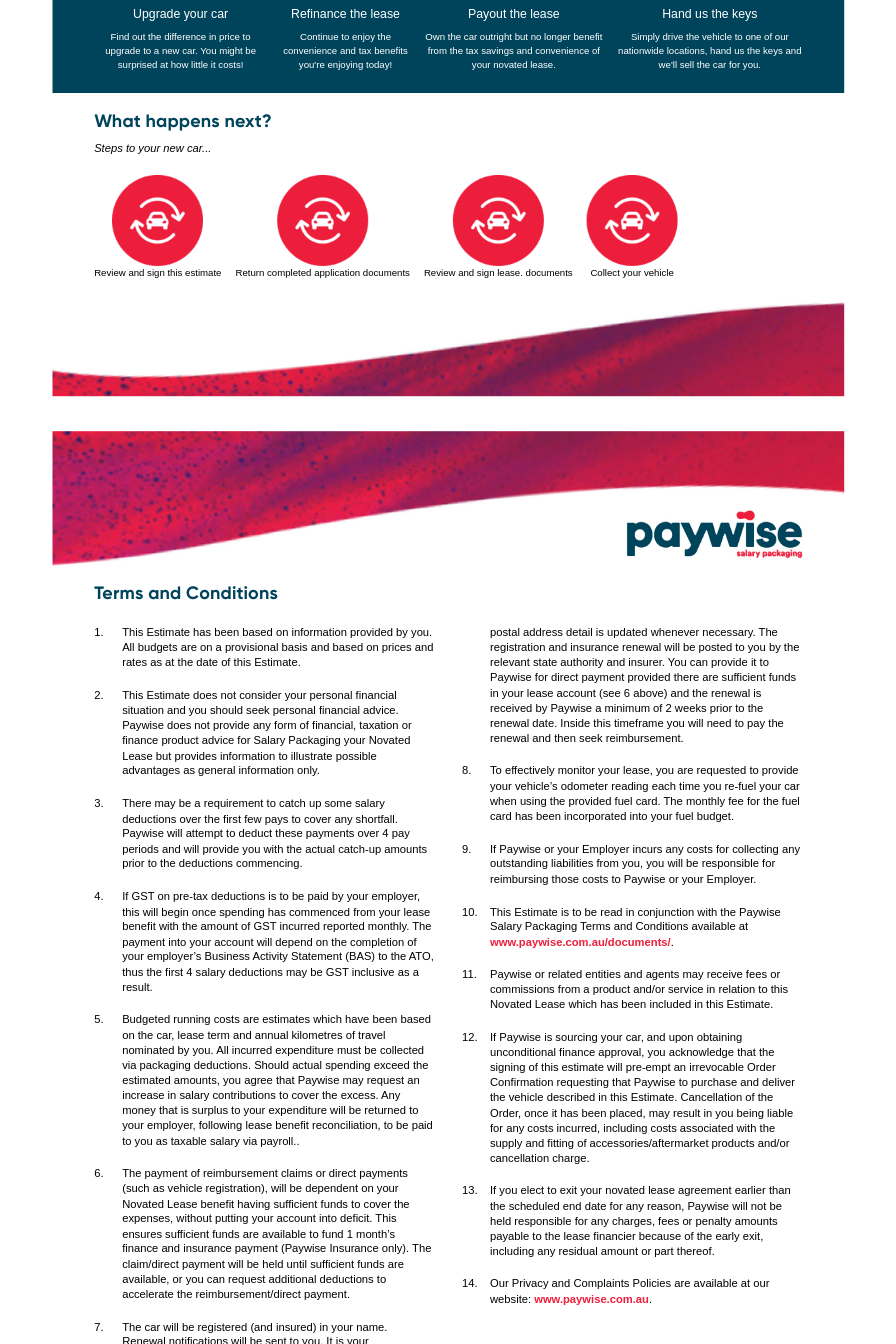
Repository: hoangtubest/novated-phong
Page: index.html
The author's editor kept a copy of each file at every save. The page is drawn from the files as they stood at one save, then again after the next save.
The browser window is 1280 px wide. The pictures show the part of the page from y = 4210 to 6130 px (the page is 6587 px tall before and 6638 px after), at 70% of full size.
The style sheet was rebuilt from its Sass, Less or Tailwind sources for each picture, by a compiler version that may differ from the author's.

Above is the page before, as saved 2023-10-19 11:55:02.

After the next save:
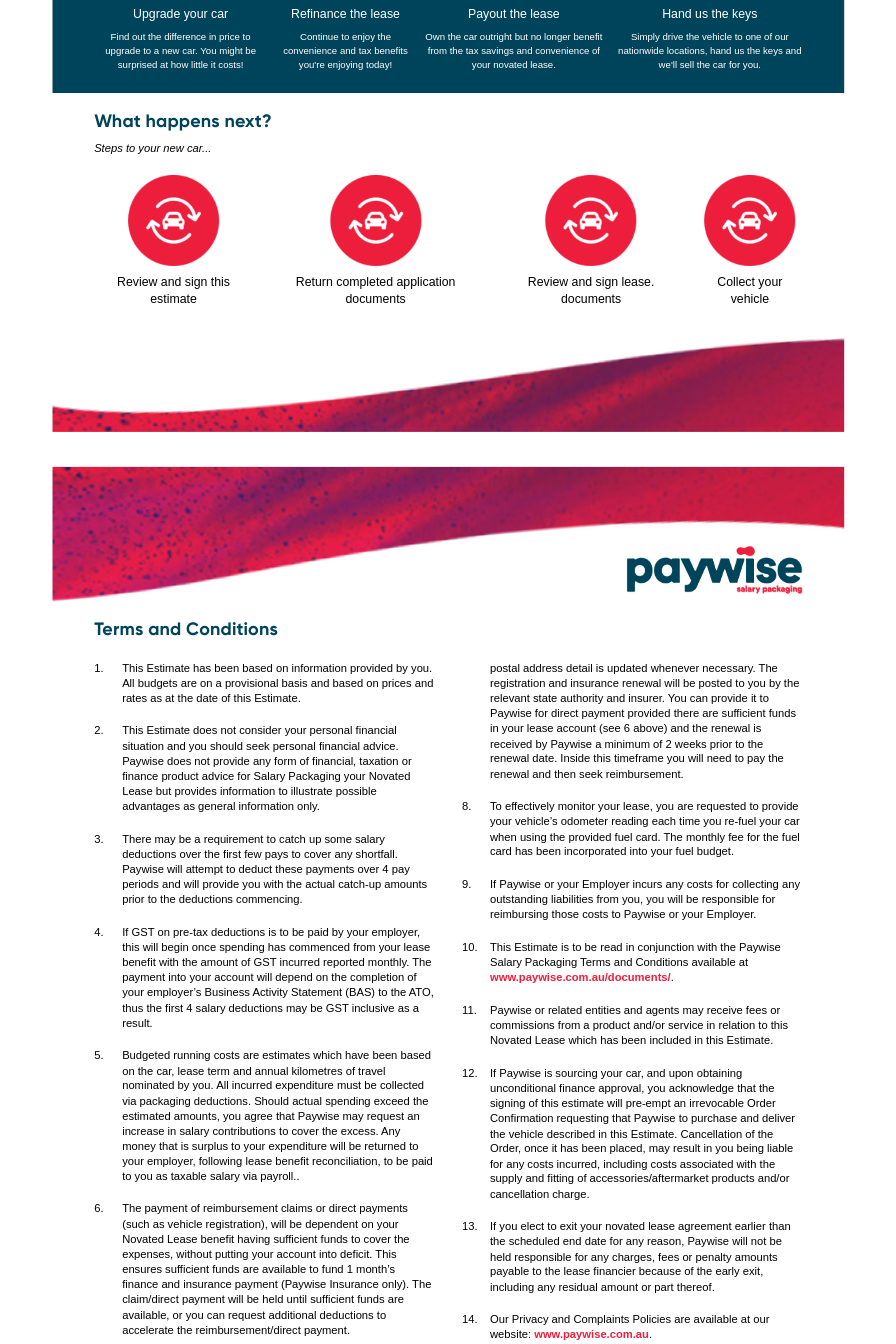
Saved 30 s later.
--- a/index.html
+++ b/index.html
@@ -462,19 +462,19 @@
           <div class="pw-3-next__row">
             <div class="pw-3-next__col">
               <figure><img src="./images/ico_13.png" alt=""></figure>
-              <p>Review and sign this estimate</p>
+              <h3>Review and sign this estimate</p>
             </div>
             <div class="pw-3-next__col">
               <figure><img src="./images/ico_13.png" alt=""></figure>
-              <p>Return completed application documents</p>
+              <h3>Return completed application documents</p>
             </div>
             <div class="pw-3-next__col">
               <figure><img src="./images/ico_13.png" alt=""></figure>
-              <p>Review and sign lease. documents</p>
+              <h3>Review and sign lease. documents</p>
             </div>
             <div class="pw-3-next__col">
               <figure><img src="./images/ico_13.png" alt=""></figure>
-              <p>Collect your vehicle</p>
+              <h3>Collect your vehicle</p>
             </div>
           </div>
         </div>
